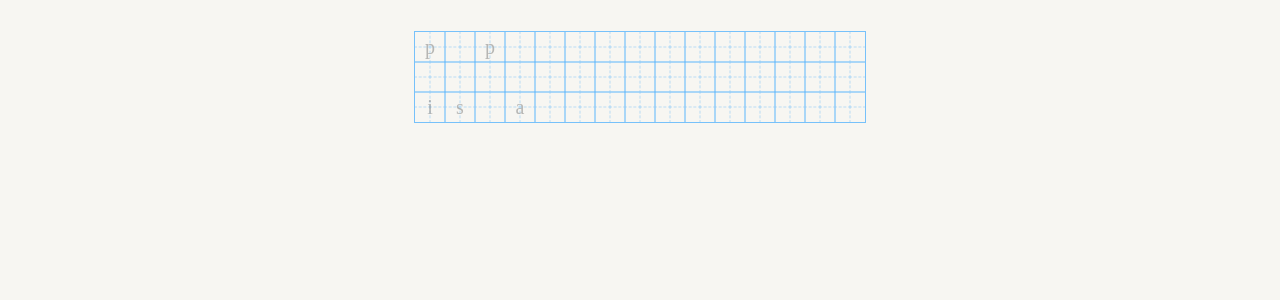
Repository: pyrcl090/p-p
Page: index.html
An editor plug-in stored every save of this project. The page is shown before and after the next save, followed by the edit.
The browser window is 1280 px wide. The pictures show the whole page.
The page's requests for data from a server got no answer. Some web fonts or font styles are not loaded; a fallback is used.

Above is the page before, as saved 2025-04-19 23:38:09.

After the next save:
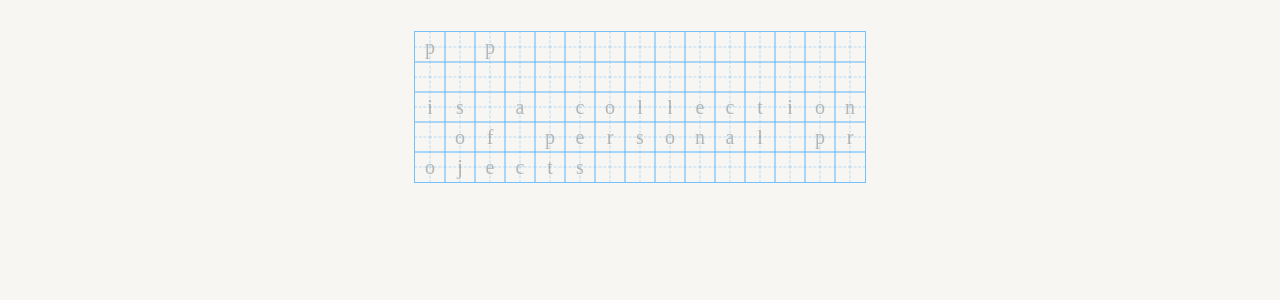
Saved 10 s later.
--- a/script.js
+++ b/script.js
@@ -7,7 +7,7 @@ const channels = [
 const menuItems = [
   {
     title: 'p p',
-    content: '                          is a '
+    content: '                          is a collection of personal projects'
   }
 ];
 
